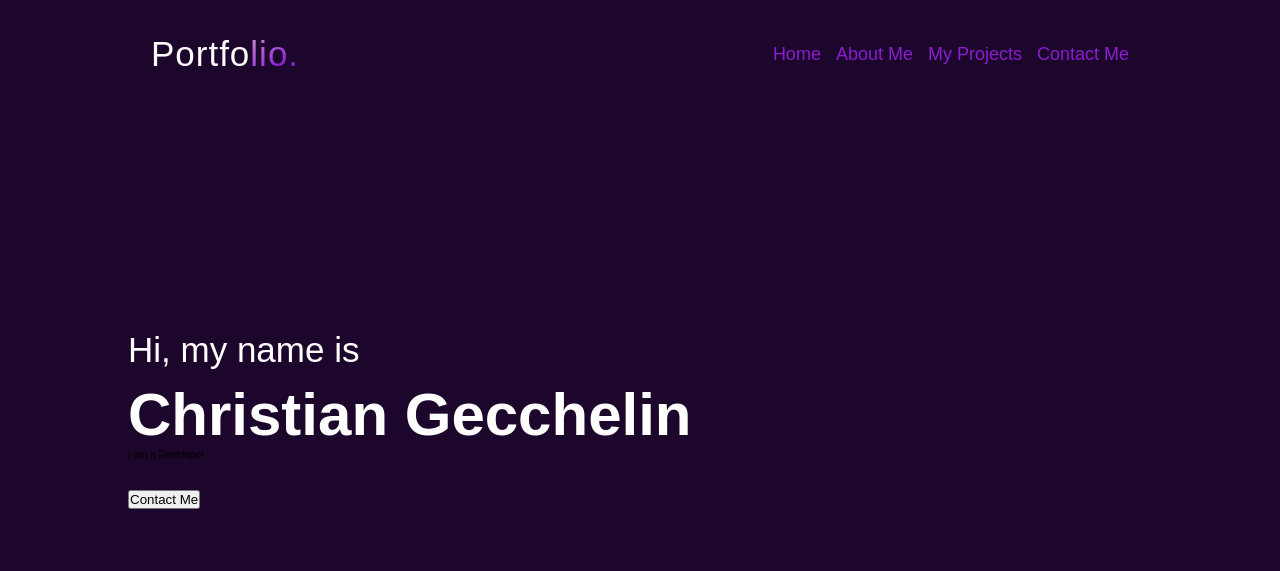
Repository: ChristianGecchelin/portfolio-web
Page: /
The author's editor kept a copy of each file at every save. The page is drawn from the files as they stood at one save, then again after the next save.
The browser window is 1280 px wide. The pictures show the whole page.
The project was rebuilt for these pictures with package versions that can differ from the ones it lists, and the page was loaded fresh each time. Also part of the build but not shown: src/App/App.css.

Above is the page before, as saved 2022-01-20 19:43:46.

After the next save:
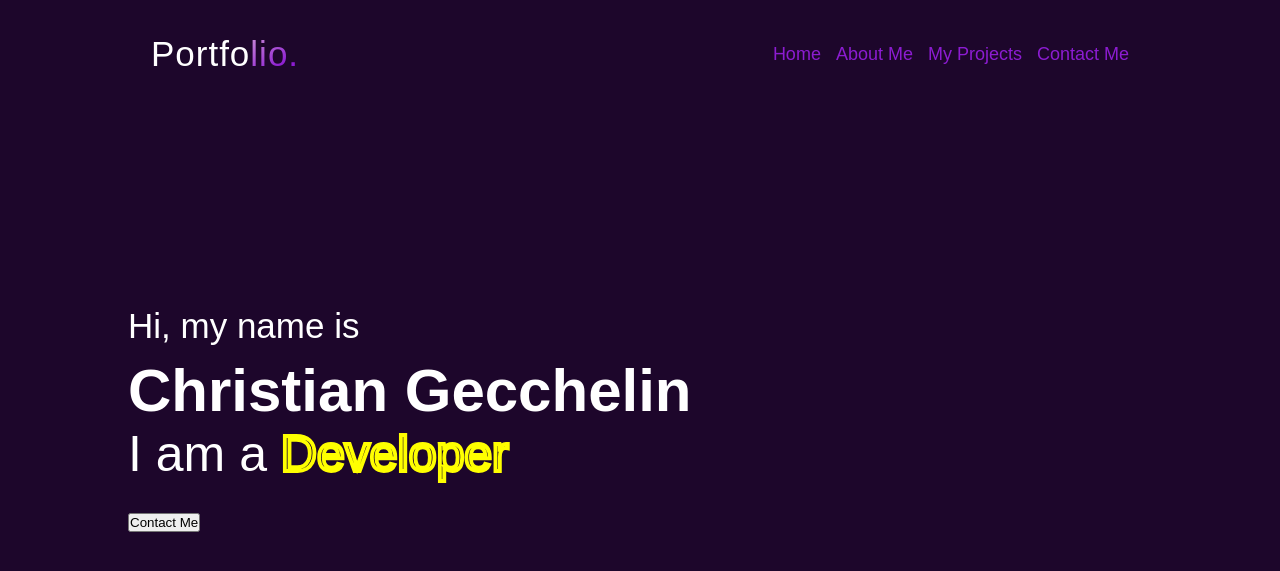
Saved 21 s later.
--- a/src/Home/Home.css
+++ b/src/Home/Home.css
@@ -30,12 +30,12 @@
   font-weight: 700;
   color: #fff;
 }
-.Home-container .text-container.secondary-lineText {
+.Home-container .text-container .secondary-lineText {
   font-size: 5rem;
   font-weight: 500;
   color: #fff;
 }
-.Home-container .text-container.secondary-lineText span {
+.Home-container .text-container .secondary-lineText span {
   color: #1d062b;
   -webkit-text-stroke: 0.3vw yellow;
 }
